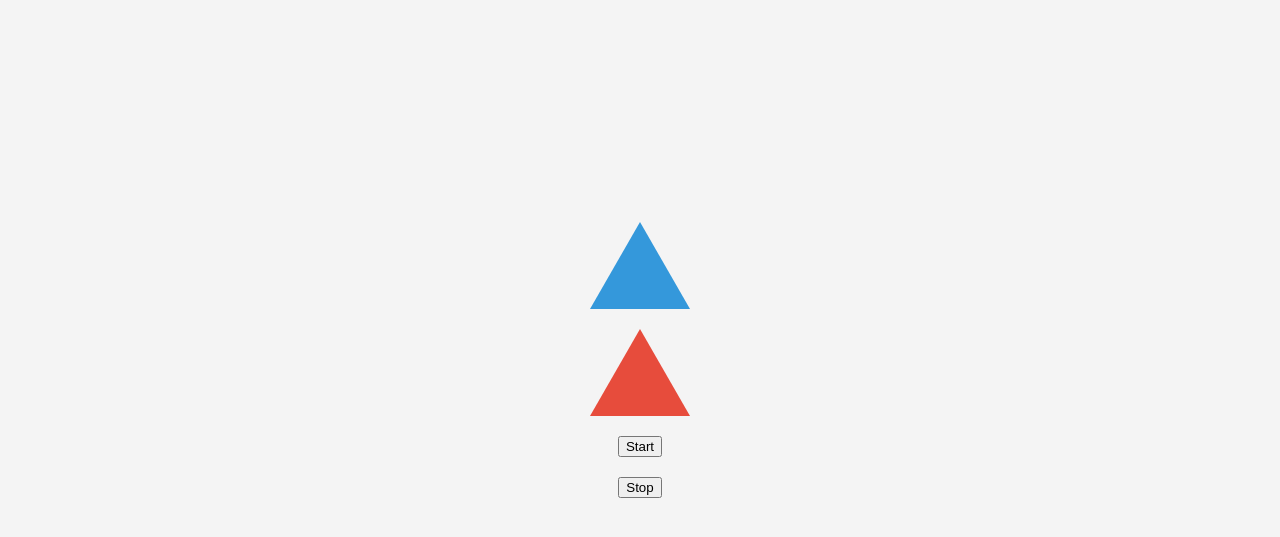
Repository: boshi-an/Isorhythm
Page: .vscode/Isorhythm/index.html
The author's editor kept a copy of each file at every save. The page is drawn from the files as they stood at one save, then again after the next save.
The browser window is 1280 px wide. The pictures show the whole page.
After loading, the first visible `#startBtn` was clicked once.

Above is the page before, as saved 2023-10-18 17:29:16.
Console error: TypeError: Cannot read properties of null (reading 'style')

After the next save:
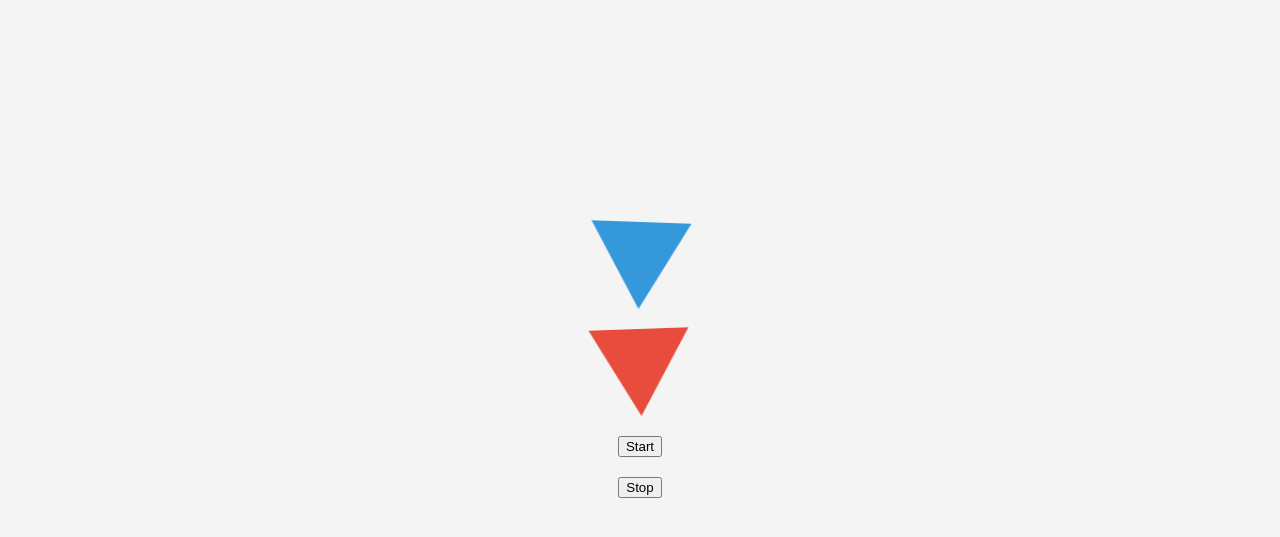
The error is gone.
Saved 60 s later.
--- a/.vscode/Isorhythm/script.js
+++ b/.vscode/Isorhythm/script.js
@@ -4,14 +4,14 @@ let animationId1;
 let animationId2;
 
 function rotateCircle1() {
-    const circle1 = document.getElementById('circle1');
+    const circle1 = document.getElementById('triangle1');
     angle1 = (angle1 + 2) % 360;
     circle1.style.transform = `rotate(${angle1}deg)`;
     animationId1 = requestAnimationFrame(rotateCircle1);
 }
 
 function rotateCircle2() {
-    const circle2 = document.getElementById('circle2');
+    const circle2 = document.getElementById('triangle2');
     angle2 = (angle2 - 2) % 360;
     circle2.style.transform = `rotate(${angle2}deg)`;
     animationId2 = requestAnimationFrame(rotateCircle2);
